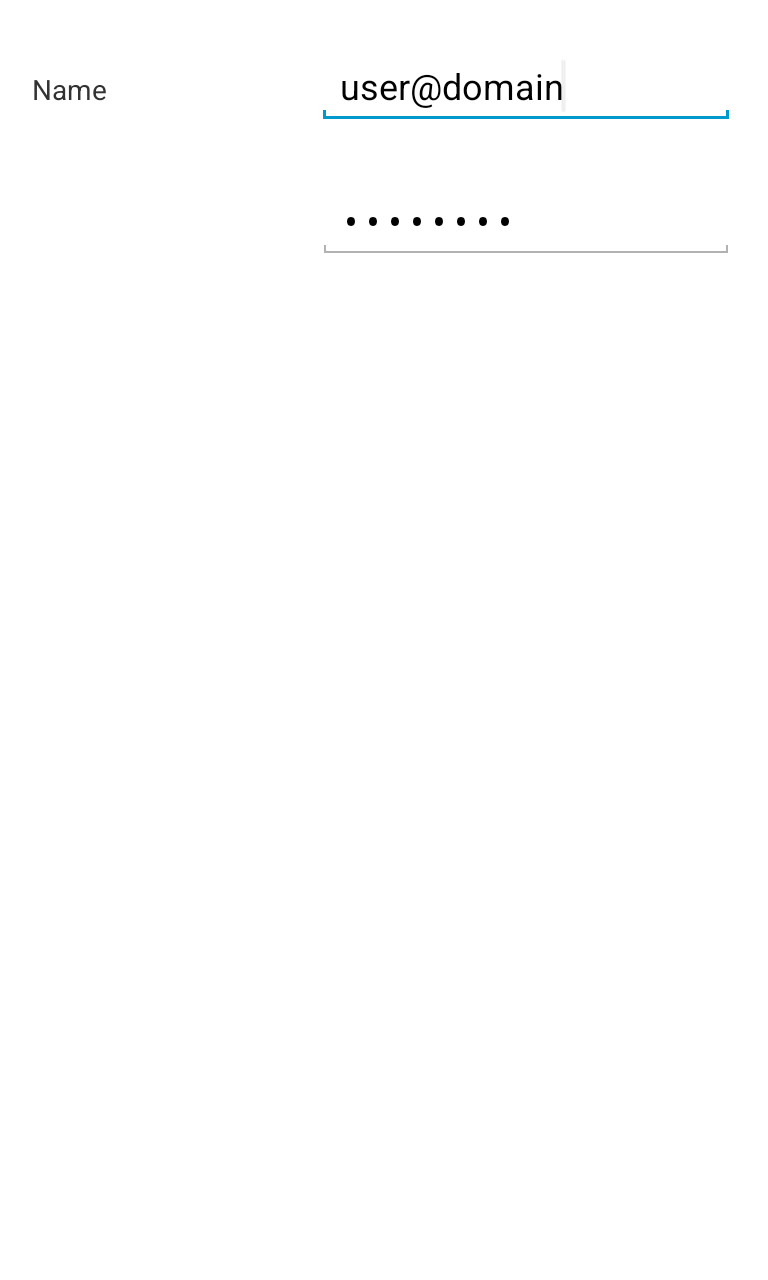
Repository: srikraj8341/srikanthrepo
Layout: android/MyFirstApp/res/layout/activity_main.xml
The author's editor kept a copy of each file at every save. The layout is drawn from the files as they stood at one save, then again after the next save.
It is drawn on a 768 x 1280 px phone screen (xhdpi) without system bars, with theme AppTheme; the app's code is not run.

Above is the layout before, as saved 2012-09-22 06:39:26.

After the next save:
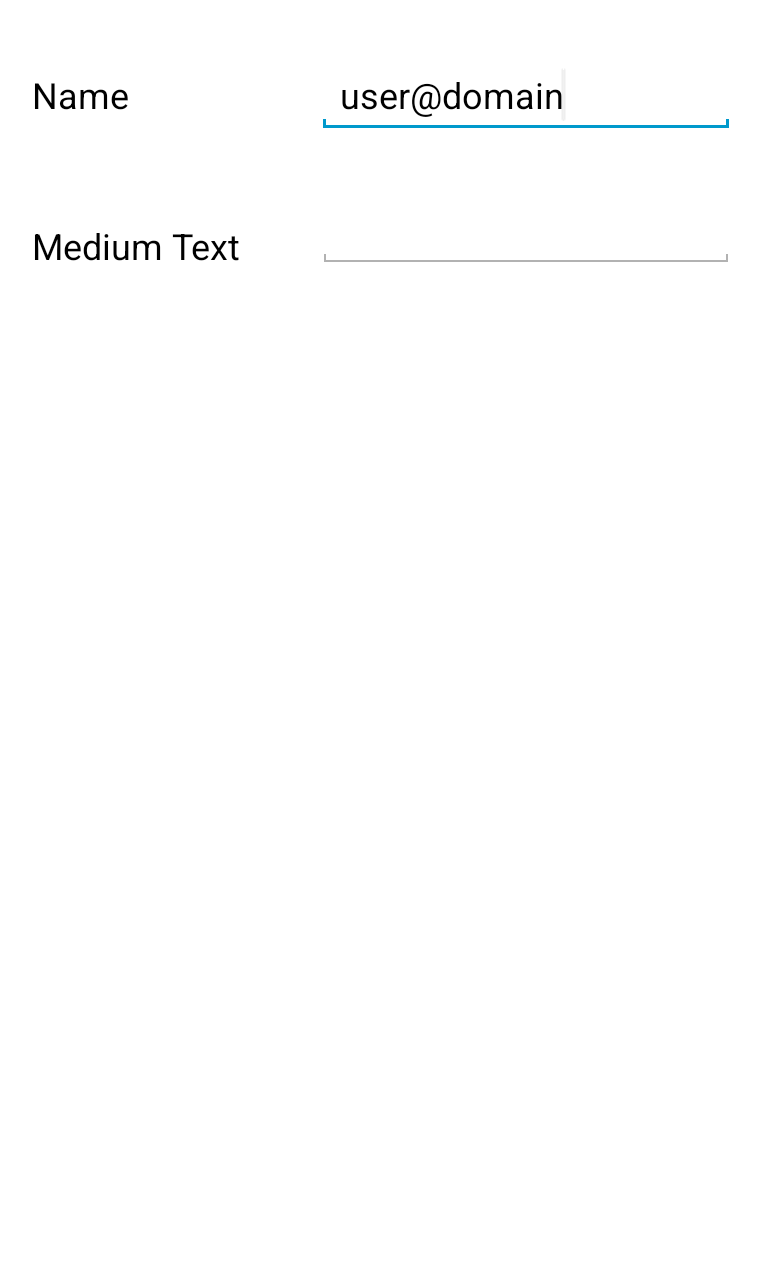
Saved 2 min 29 s later.
--- a/android/MyFirstApp/res/layout/activity_main.xml
+++ b/android/MyFirstApp/res/layout/activity_main.xml
@@ -11,7 +11,9 @@
         android:layout_height="wrap_content"
         android:layout_alignParentLeft="true"
         android:layout_marginTop="35dp"
-        android:text="@string/User_name" />
+        android:text="@string/User_name"
+        android:textAppearance="?android:attr/textAppearanceMedium" />
+
 
     <EditText
         android:id="@+id/editText1"
@@ -36,6 +38,15 @@
         android:layout_marginTop="28dp"
         android:ems="10"
         android:inputType="textPassword"
-        android:text="@string/Password" />
+        android:text="" />
+
+    <TextView
+        android:id="@+id/textView1"
+        android:layout_width="wrap_content"
+        android:layout_height="wrap_content"
+        android:layout_alignBottom="@+id/editText3"
+        android:layout_alignParentLeft="true"
+        android:text="Medium Text"
+        android:textAppearance="?android:attr/textAppearanceMedium" />
 
 </RelativeLayout>
